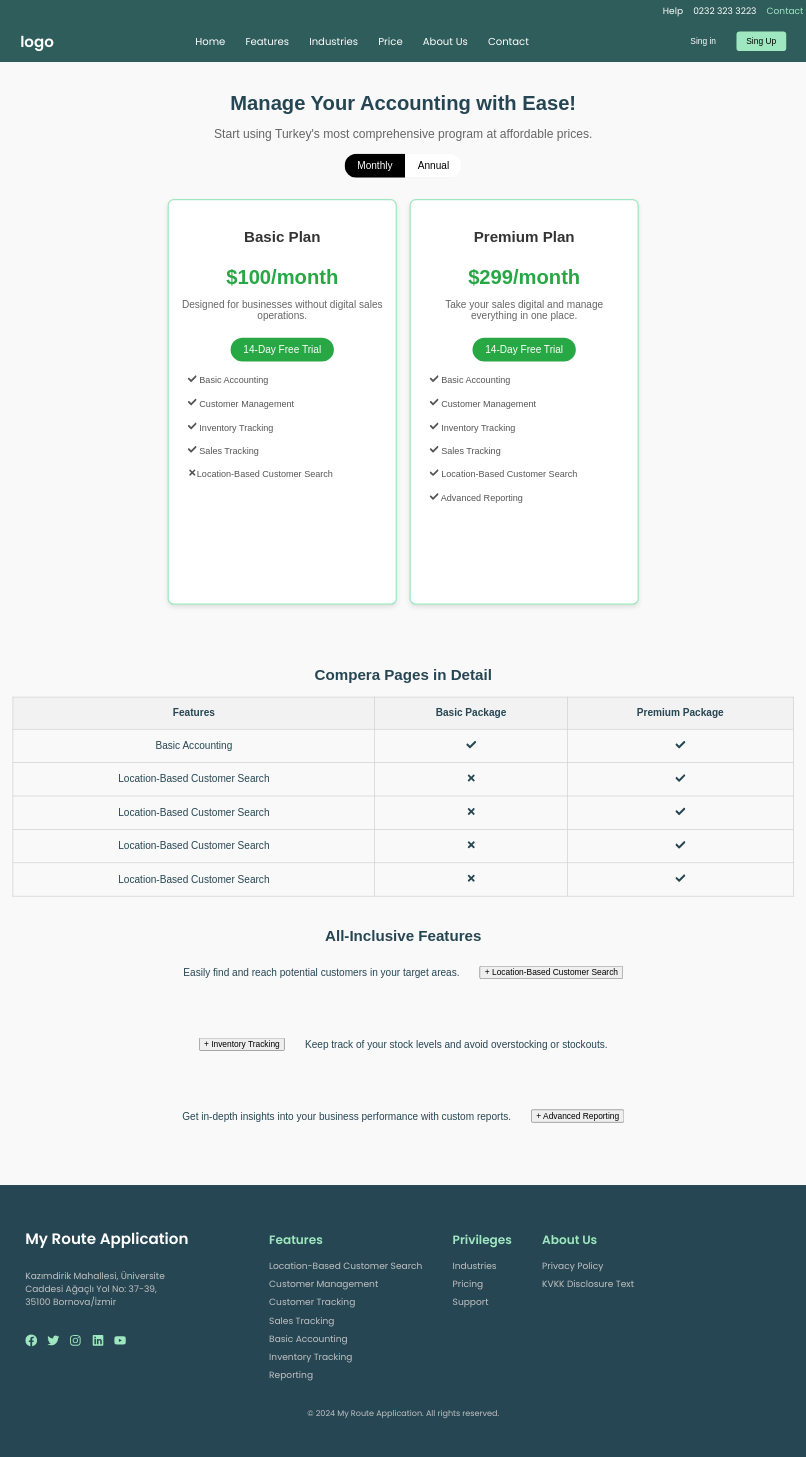
Repository: senolinanyasar/myrouteapplication
Page: /pricing
The author's editor kept a copy of each file at every save. The page is drawn from the files as they stood at one save, then again after the next save.
The browser window is 1280 px wide. The pictures show the whole page, at 63% of full size.
The project was rebuilt for these pictures with package versions that can differ from the ones it lists, and the page was loaded fresh each time. Also part of the build but not shown: vite.config.js, src/components/HeroSection.css, src/components/HeroSection.js, src/components/FeaturesSection.js, src/components/PricingSection.css, src/components/PricingSection.js, src/components/SupportSection.css, src/components/SupportSection.js and 3 more.

Above is the page before, as saved 2024-11-16 21:53:21.

After the next save:
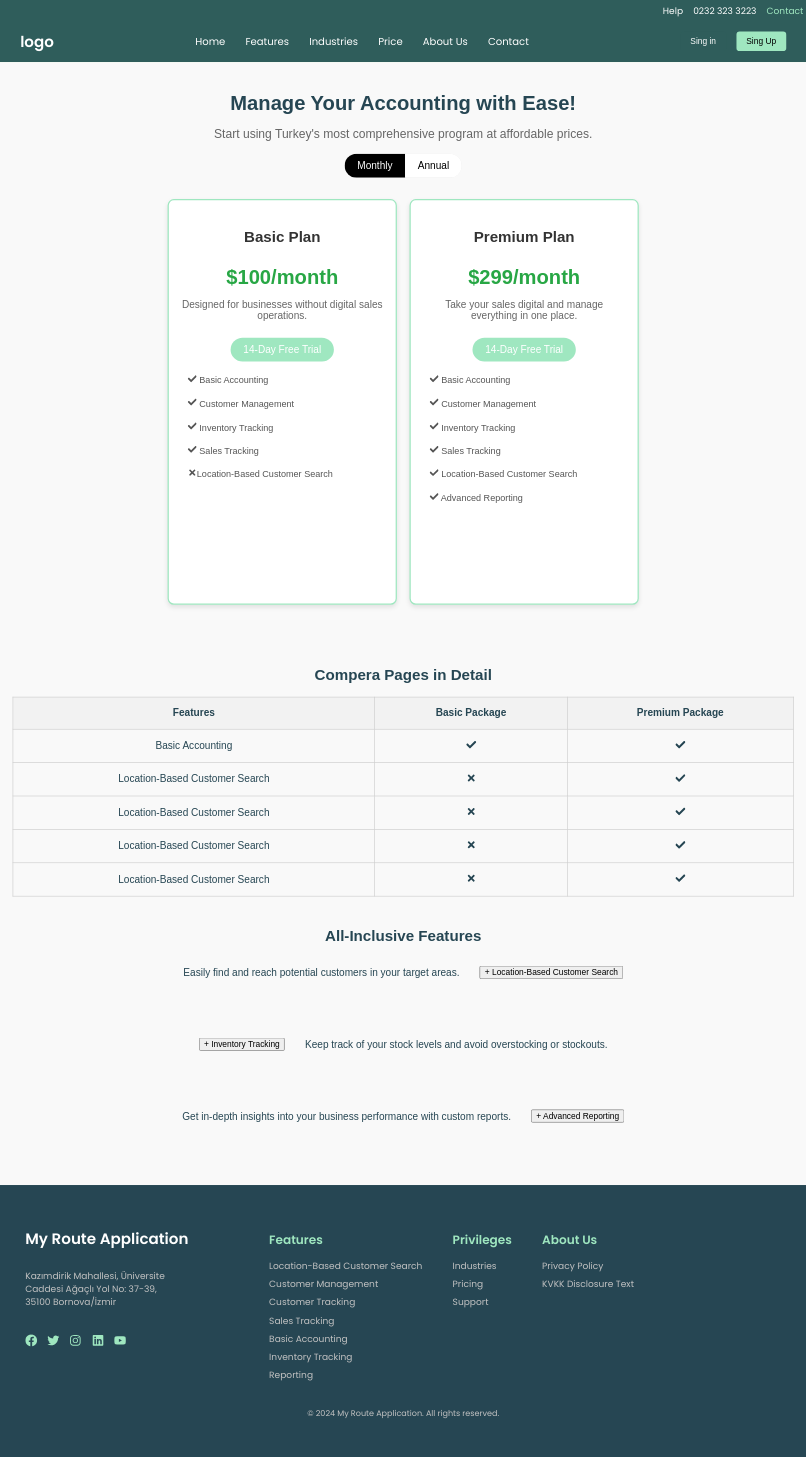
Saved 39 s later.
--- a/src/components/PricingPage.css
+++ b/src/components/PricingPage.css
@@ -106,7 +106,7 @@
 }
 
 .try-button{
-    background: #28a745;
+    background: #9fe7c0;
     color: #fff;
     padding: 10px 20px;
     border: none;
@@ -118,7 +118,7 @@
 }
 
 .try-button:hover{
-    background: #9fe7c0;
+    background: #28a745;
 }
 .basic-plan{
     border: 2px solid #9fe7c0;

After the save that followed:
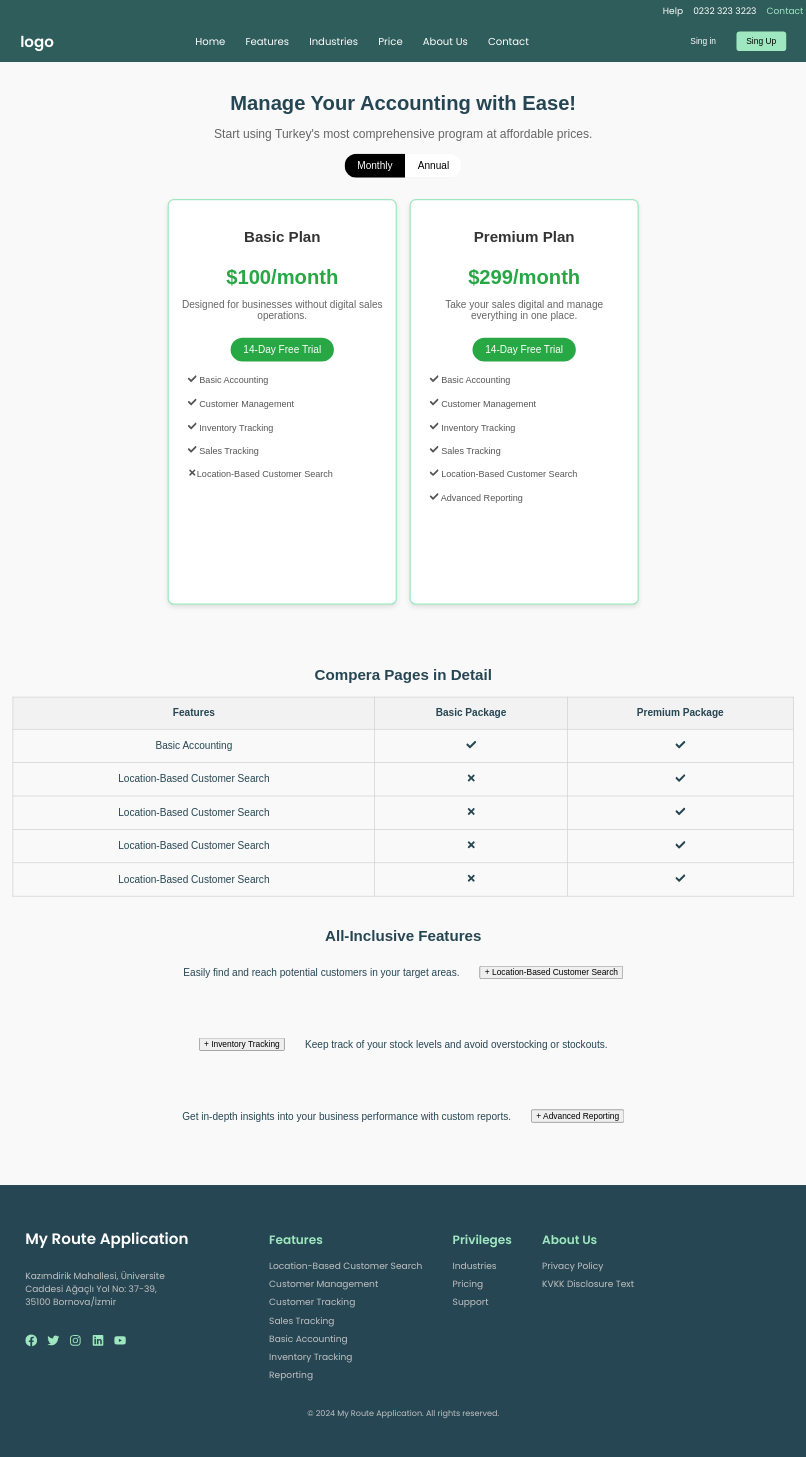
Saved 45 s later.
--- a/src/components/PricingPage.css
+++ b/src/components/PricingPage.css
@@ -106,7 +106,7 @@
 }
 
 .try-button{
-    background: #9fe7c0;
+    background: #28a745;
     color: #fff;
     padding: 10px 20px;
     border: none;
@@ -118,7 +118,7 @@
 }
 
 .try-button:hover{
-    background: #28a745;
+    background: #9fe7c0;
 }
 .basic-plan{
     border: 2px solid #9fe7c0;
